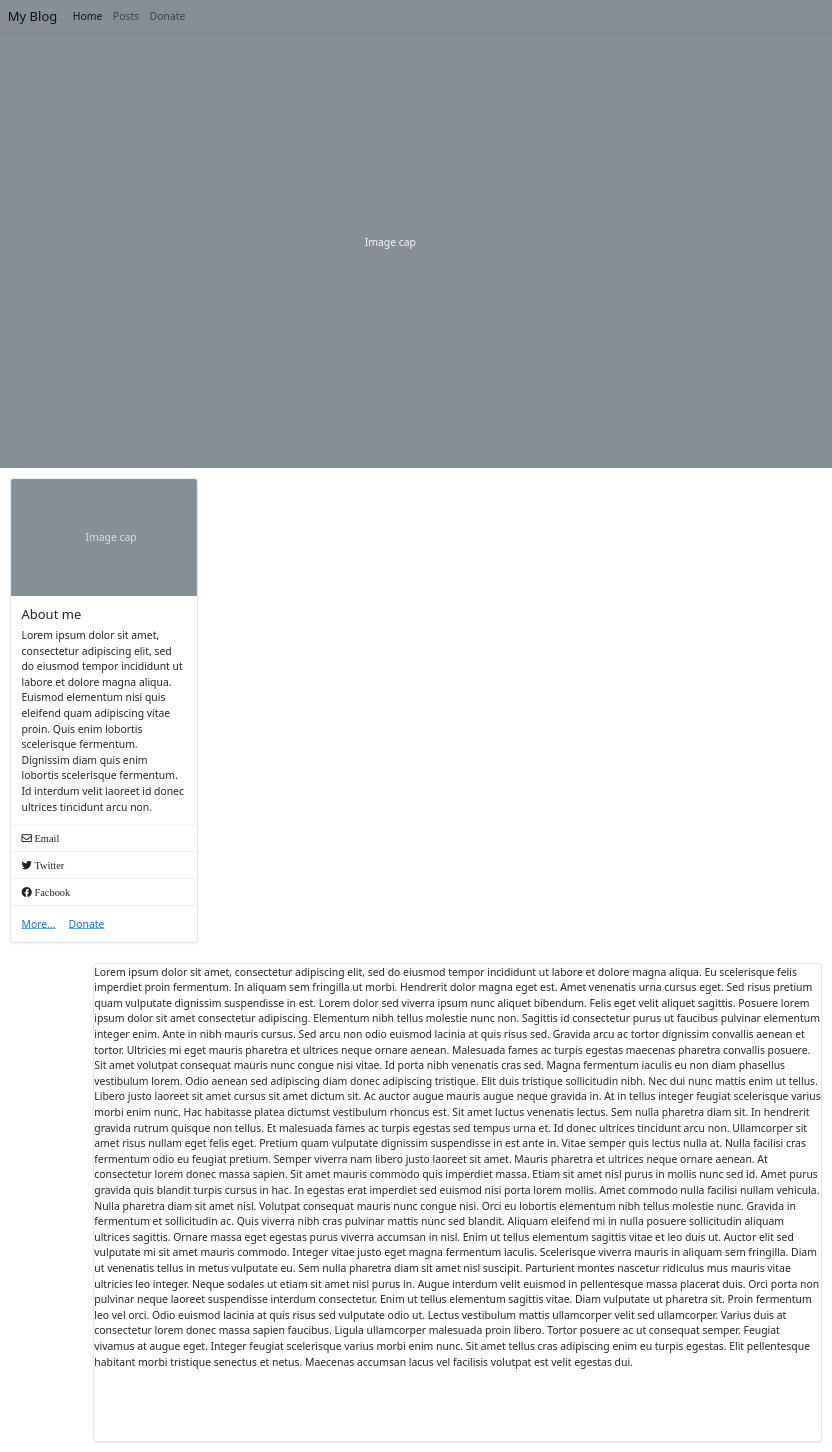
Repository: LublubXT/Azi-Tec-Team
Page: views/templates/blogs/personalblog/home.html
The author's editor kept a copy of each file at every save. The page is drawn from the files as they stood at one save, then again after the next save.
The browser window is 1280 px wide. The pictures show the whole page, at 65% of full size.

Above is the page before, as saved 2021-03-11 09:14:20.

### views/templates/blogs/personalblog/home.html
<!DOCTYPE html>
<html lang="en">

    <head>
        <meta charset="UTF-8">
        <meta http-equiv="X-UA-Compatible" content="IE=edge">
        <meta name="viewport" content="width=device-width, initial-scale=1.0">

        <!-- import style sheet file -->
        <link rel="stylesheet" href="css/style.css">
        <link rel="stylesheet" href="css/bootstrap.min.css">
        <link rel="stylesheet" href="fontawesome/css/all.css">


        <title>My Blog</title>
    </head>

    <body>
        <div class="header imgDiv">
            <nav class="navbar navbar-expand-lg navbar-light fixed-top shadow-sm"
                style="background-color: transparent;">
                <div class="container-fluid">
                    <a class="navbar-brand" href="#">My Blog</a>
                    <button class="navbar-toggler" type="button" data-bs-toggle="collapse"
                        data-bs-target="#navbarNavAltMarkup" aria-controls="navbarNavAltMarkup" aria-expanded="false"
                        aria-label="Toggle navigation">
                        <span class="navbar-toggler-icon"></span>
                    </button>
                    <div class="collapse navbar-collapse float-end" id="navbarNavAltMarkup">
                        <div class="navbar-nav float-end">
                            <a class="nav-link active" aria-current="page" href="#">Home</a>
                            <a class="nav-link" href="#">Posts</a>
                            <a class="nav-link" href="#">Donate</a>
                        </div>
                    </div>
                </div>
            </nav>
            <p class="card-text position-absolute top-50 end-50 text-light">Image
                cap</p>
        </div>

        <div style="width: 100%;">

            <div class="card mx-3 my-3 shadow-sm" style="width: 18rem;">
                <svg class="bd-placeholder-img card-img-top" width="100%" height="180"
                    xmlns="http://www.w3.org/2000/svg" role="img" aria-label="Placeholder: Image cap"
                    preserveAspectRatio="xMidYMid slice" focusable="true">
                    <title>Placeholder</title>
                    <rect width="100%" height="100%" fill="#868e96"></rect><text x="40%" y="50%" fill="#dee2e6"
                        dy=".3em">Image
                        cap</text>
                </svg>
                <div class="card-body">
                    <h5 class="card-title">About me</h5>
                    <p class="card-text">Lorem ipsum dolor sit amet, consectetur adipiscing elit, sed do eiusmod tempor
                        incididunt ut labore et dolore magna
                        aliqua. Euismod elementum nisi quis eleifend quam adipiscing vitae proin. Quis enim lobortis
                        scelerisque fermentum.
                        Dignissim diam quis enim lobortis scelerisque fermentum. Id interdum velit laoreet id donec
                        ultrices tincidunt arcu non.</p>
                </div>
                <ul class="list-group list-group-flush">
                    <li class="list-group-item"><i class="far fa-envelope"> Email</i></li>
                    <li class="list-group-item"><i class="fab fa-twitter"> Twitter</i></li>
                    <li class="list-group-item"><i class="fab fa-facebook"> Facbook</i></li>
                </ul>
                <div class="card-body">
                    <a href="#" class="card-link">More...</a>
                    <a href="#" class="card-link">Donate</a>
                </div>
            </div>
            <div class="card mx-3 my-3 float-end shadow-sm p" style="width: 70rem; height: 46rem;">
                <p class="text-dark">Lorem ipsum dolor sit amet, consectetur adipiscing elit, sed do eiusmod tempor
                    incididunt ut labore et dolore magna
                    aliqua. Eu scelerisque felis imperdiet proin fermentum. In aliquam sem fringilla ut morbi. Hendrerit
                    dolor magna eget
                    est. Amet venenatis urna cursus eget. Sed risus pretium quam vulputate dignissim suspendisse in est.
                    Lorem dolor sed
                    viverra ipsum nunc aliquet bibendum. Felis eget velit aliquet sagittis. Posuere lorem ipsum dolor
                    sit amet consectetur
                    adipiscing. Elementum nibh tellus molestie nunc non. Sagittis id consectetur purus ut faucibus
                    pulvinar elementum
                    integer enim. Ante in nibh mauris cursus. Sed arcu non odio euismod lacinia at quis risus sed.
                    Gravida arcu ac tortor
                    dignissim convallis aenean et tortor. Ultricies mi eget mauris pharetra et ultrices neque ornare
                    aenean. Malesuada fames
                    ac turpis egestas maecenas pharetra convallis posuere. Sit amet volutpat consequat mauris nunc
                    congue nisi vitae. Id
                    porta nibh venenatis cras sed.

                    Magna fermentum iaculis eu non diam phasellus vestibulum lorem. Odio aenean sed adipiscing diam
                    donec adipiscing
                    tristique. Elit duis tristique sollicitudin nibh. Nec dui nunc mattis enim ut tellus. Libero justo
                    laoreet sit amet
                    cursus sit amet dictum sit. Ac auctor augue mauris augue neque gravida in. At in tellus integer
                    feugiat scelerisque
                    varius morbi enim nunc. Hac habitasse platea dictumst vestibulum rhoncus est. Sit amet luctus
                    venenatis lectus. Sem
                    nulla pharetra diam sit. In hendrerit gravida rutrum quisque non tellus. Et malesuada fames ac
                    turpis egestas sed tempus
                    urna et. Id donec ultrices tincidunt arcu non. Ullamcorper sit amet risus nullam eget felis eget.
                    Pretium quam vulputate
                    dignissim suspendisse in est ante in. Vitae semper quis lectus nulla at.

                    Nulla facilisi cras fermentum odio eu feugiat pretium. Semper viverra nam libero justo laoreet sit
                    amet. Mauris pharetra
                    et ultrices neque ornare aenean. At consectetur lorem donec massa sapien. Sit amet mauris commodo
                    quis imperdiet massa.
                    Etiam sit amet nisl purus in mollis nunc sed id. Amet purus gravida quis blandit turpis cursus in
                    hac. In egestas erat
                    imperdiet sed euismod nisi porta lorem mollis. Amet commodo nulla facilisi nullam vehicula. Nulla
                    pharetra diam sit amet
                    nisl. Volutpat consequat mauris nunc congue nisi. Orci eu lobortis elementum nibh tellus molestie
                    nunc. Gravida in
                    fermentum et sollicitudin ac.

                    Quis viverra nibh cras pulvinar mattis nunc sed blandit. Aliquam eleifend mi in nulla posuere
                    sollicitudin aliquam
                    ultrices sagittis. Ornare massa eget egestas purus viverra accumsan in nisl. Enim ut tellus
                    elementum sagittis vitae et
                    leo duis ut. Auctor elit sed vulputate mi sit amet mauris commodo. Integer vitae justo eget magna
                    fermentum iaculis.
                    Scelerisque viverra mauris in aliquam sem fringilla. Diam ut venenatis tellus in metus vulputate eu.
                    Sem nulla pharetra
                    diam sit amet nisl suscipit. Parturient montes nascetur ridiculus mus mauris vitae ultricies leo
                    integer. Neque sodales
                    ut etiam sit amet nisl purus in. Augue interdum velit euismod in pellentesque massa placerat duis.

                    Orci porta non pulvinar neque laoreet suspendisse interdum consectetur. Enim ut tellus elementum
                    sagittis vitae. Diam
                    vulputate ut pharetra sit. Proin fermentum leo vel orci. Odio euismod lacinia at quis risus sed
                    vulputate odio ut.
                    Lectus vestibulum mattis ullamcorper velit sed ullamcorper. Varius duis at consectetur lorem donec
                    massa sapien
                    faucibus. Ligula ullamcorper malesuada proin libero. Tortor posuere ac ut consequat semper. Feugiat
                    vivamus at augue
                    eget. Integer feugiat scelerisque varius morbi enim nunc. Sit amet tellus cras adipiscing enim eu
                    turpis egestas. Elit
                    pellentesque habitant morbi tristique senectus et netus. Maecenas accumsan lacus vel facilisis
                    volutpat est velit
                    egestas dui.</p>
            </div>
        </div>

    </body>

</html>

### views/templates/blogs/personalblog/css/style.css
body {
    margin: 0px;
    padding: 0px;
}

.header {
    max-width: 100%;
    height: 45rem;
}

.imgDiv {
    background-color: #868e96;
}


.navbar {
    background-color: transparent;
    max-width: 100%;
    height: 50px;
    color: white;
    z-index: 3;
    position: sticky;
    top: 0px;
    left: 0px;
}

.mainlink {
    color: white;
    font-family: 'Courier New', Courier, monospace;
    font-weight: bolder;
    background: transparent;
    font-size: xx-large;
    text-decoration: none;
    float: left;
    margin: 10px;
}

.link {
    color: white;
    font-family: 'Courier New', Courier, monospace;
    font-weight: bolder;
    background: transparent;
    font-size: large;
    float: right;
    margin: 10px;
    margin-left: 10px;
    text-decoration: none;
}

Loaded but not shown: views/templates/blogs/personalblog/css/bootstrap.min.css (library); views/templates/blogs/personalblog/fontawesome/css/all.css (library)

After the next save:
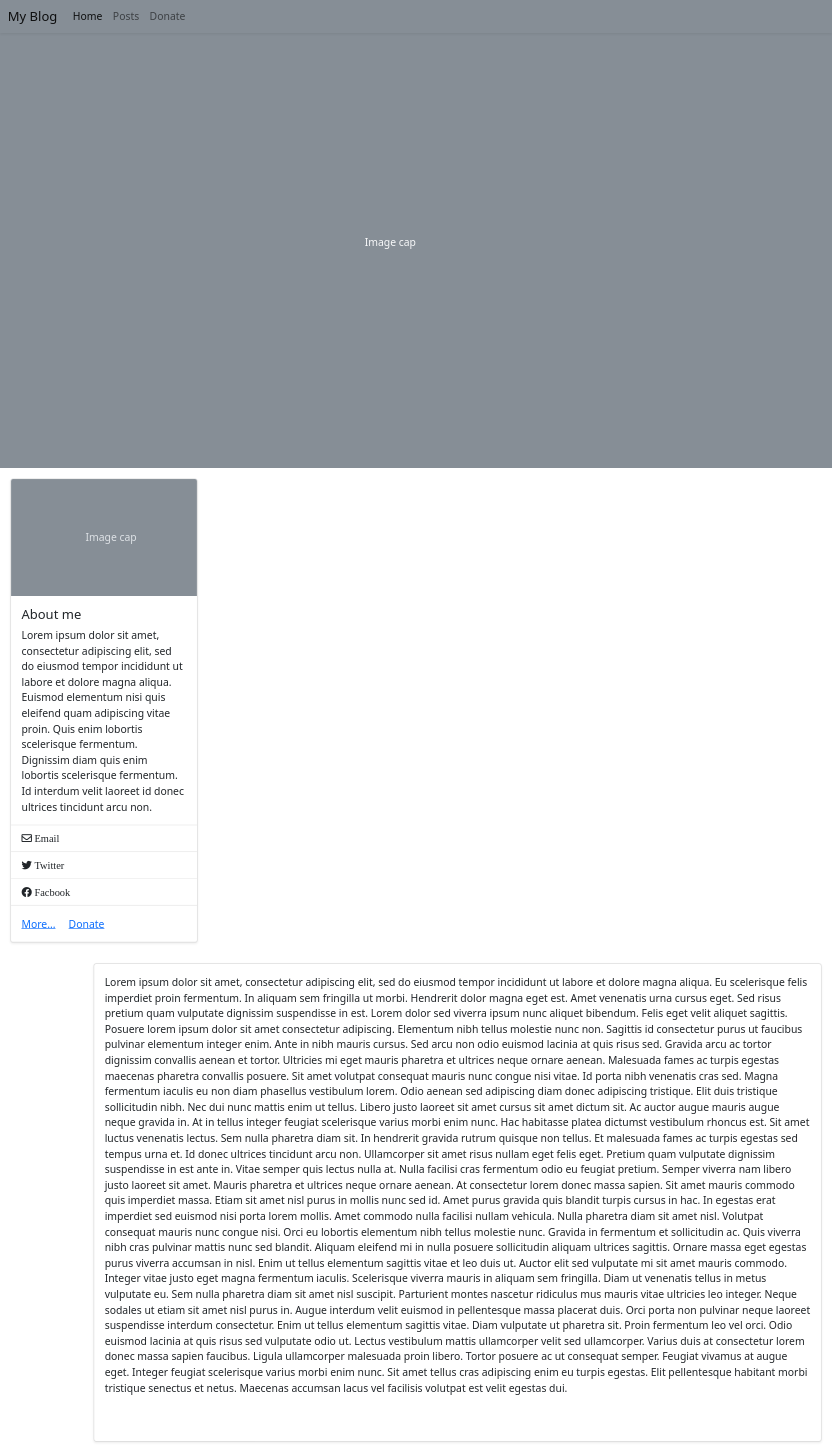
Saved 7 s later.
--- a/views/templates/blogs/personalblog/home.html
+++ b/views/templates/blogs/personalblog/home.html
@@ -69,7 +69,7 @@
                     <a href="#" class="card-link">Donate</a>
                 </div>
             </div>
-            <div class="card mx-3 my-3 float-end shadow-sm p" style="width: 70rem; height: 46rem;">
+            <div class="card mx-3 my-3 float-end shadow-sm p-3" style="width: 70rem; height: 46rem;">
                 <p class="text-dark">Lorem ipsum dolor sit amet, consectetur adipiscing elit, sed do eiusmod tempor
                     incididunt ut labore et dolore magna
                     aliqua. Eu scelerisque felis imperdiet proin fermentum. In aliquam sem fringilla ut morbi. Hendrerit
